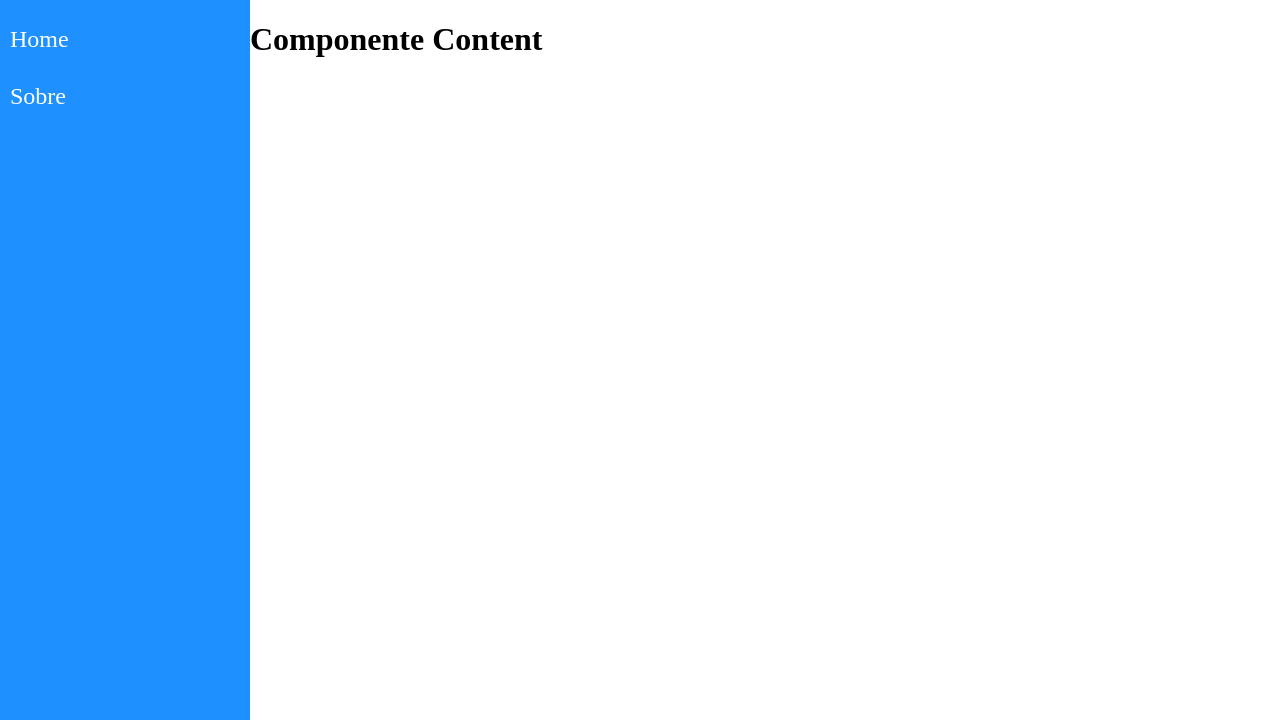
Repository: jean-siqueira/react-navegacao
Page: /
The author's editor kept a copy of each file at every save. The page is drawn from the files as they stood at one save, then again after the next save.
The browser window is 1280 px wide. The pictures show the whole page.
The project was rebuilt for these pictures with package versions that can differ from the ones it lists, and the page was loaded fresh each time.

Above is the page before, as saved 2023-03-27 08:20:38.

### src/index.js
import './index.css';
import React from "react";
import  ReactDOM  from "react-dom";
import App from "./views/App";

ReactDOM.render(
    <App/>,
    document.getElementById('root')

)

### src/views/App.jsx
import Content from '../components/layout/Content';
import Menu from '../components/layout/Menu';
import './App.css'
import React from "react";

const App = props => (
    <div className="App">
        <Menu />
        <Content />
    </div>
)

export default App

### src/components/layout/Content.jsx
import './Content.css'
import React from "react";

const Content = props => (
    <main className="Content">
        <h1>Componente Content</h1>
    </main>
)

export default Content

### src/components/layout/Menu.jsx
import './Menu.css'
import React from "react";

const Menu = props => (
    <aside className="Menu">
        <nav>
            <ul>
                <li>
                    <a href="/">Home</a>
                </li>
                <li>
                    <a href="/">Sobre</a>
                </li>
            </ul>
        </nav>
    </aside>
)

export default Menu

### src/components/layout/Content.css
.Content {
    display: flex;
    flex-grow: 1;
}

### src/components/layout/Menu.css
.Menu {
    display: flex;
    flex-basis: 250px;
    background-color: dodgerblue;
}

.Menu nav {
    flex-grow: 1;
}

.Menu ul {
    list-style: none;
    padding: 0;
}

.Menu li {
    display: flex;
}

.Menu li a {
    flex: 1;
    padding: 10px;
    margin-bottom: 10px;

    text-decoration: none;
    color: #fff;
    font-size: 1.5rem;
}

.Menu li a:hover{
    background-color: #00000020;
}

Loaded but not shown: public/index.html (common file); src/index.css (common file); src/views/App.css (common file)

After the next save:
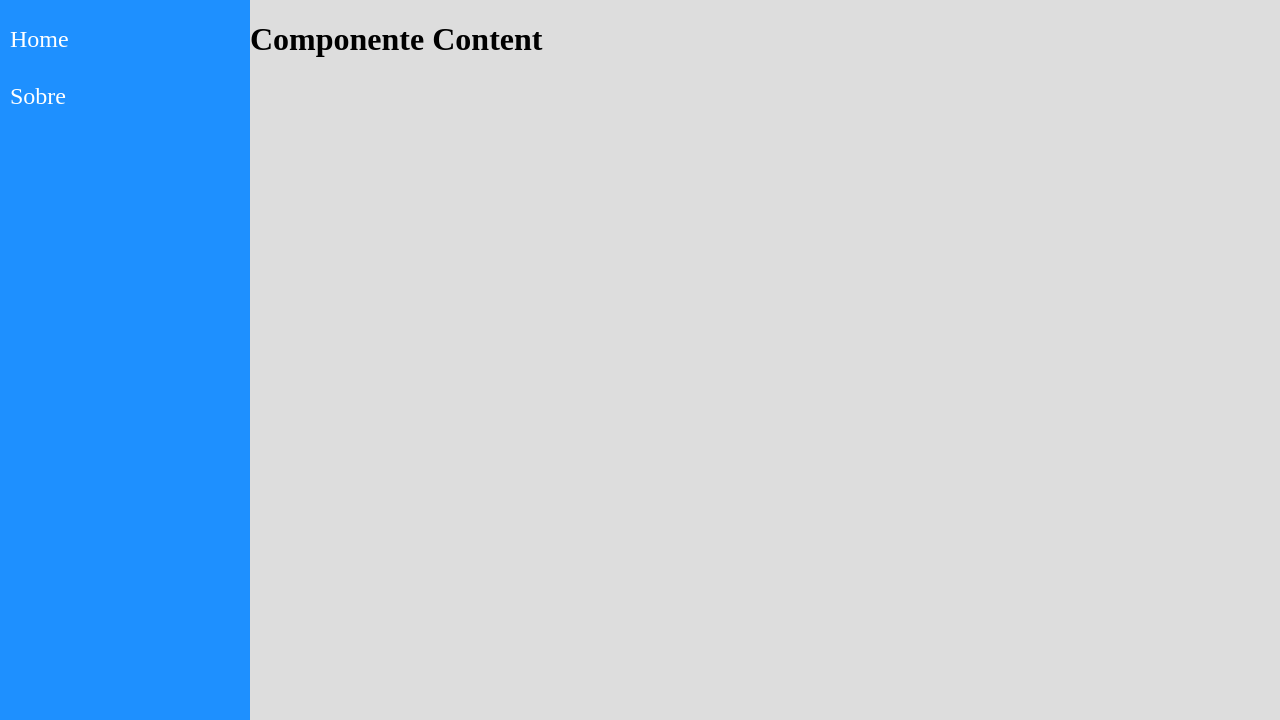
Saved 10 s later.
--- a/src/components/layout/Content.css
+++ b/src/components/layout/Content.css
@@ -1,4 +1,5 @@
 .Content {
     display: flex;
     flex-grow: 1;
+    background-color: #ddd;
 }
